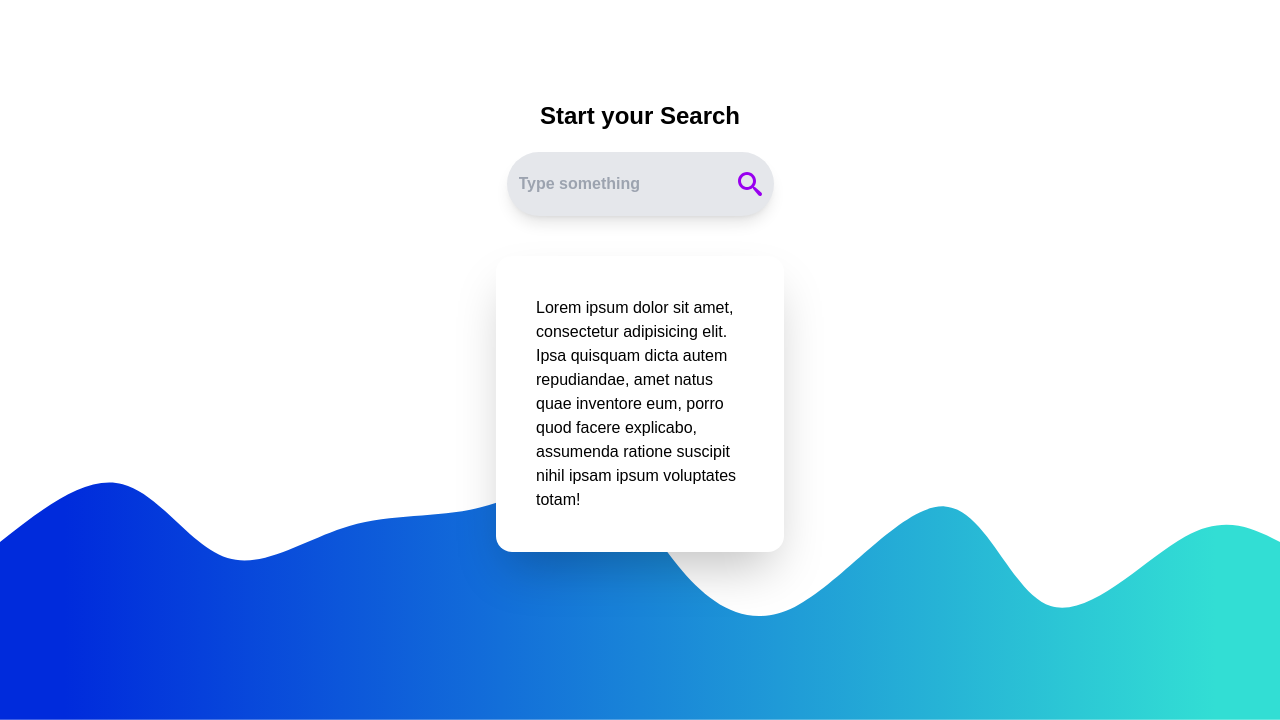
Repository: evergreenx/dictionary-octo
Page: /
The author's editor kept a copy of each file at every save. The page is drawn from the files as they stood at one save, then again after a run of saves.
The browser window is 1280 px wide. The pictures show the whole page.
The project was rebuilt for these pictures with package versions that can differ from the ones it lists, and the page was loaded fresh each time. The framework's server and built-in components were replaced by stand-ins that run in the browser. Also part of the build but not shown: next.config.js.

Above is the page before, as saved 2022-04-30 15:16:42.

After the next 2 saves:
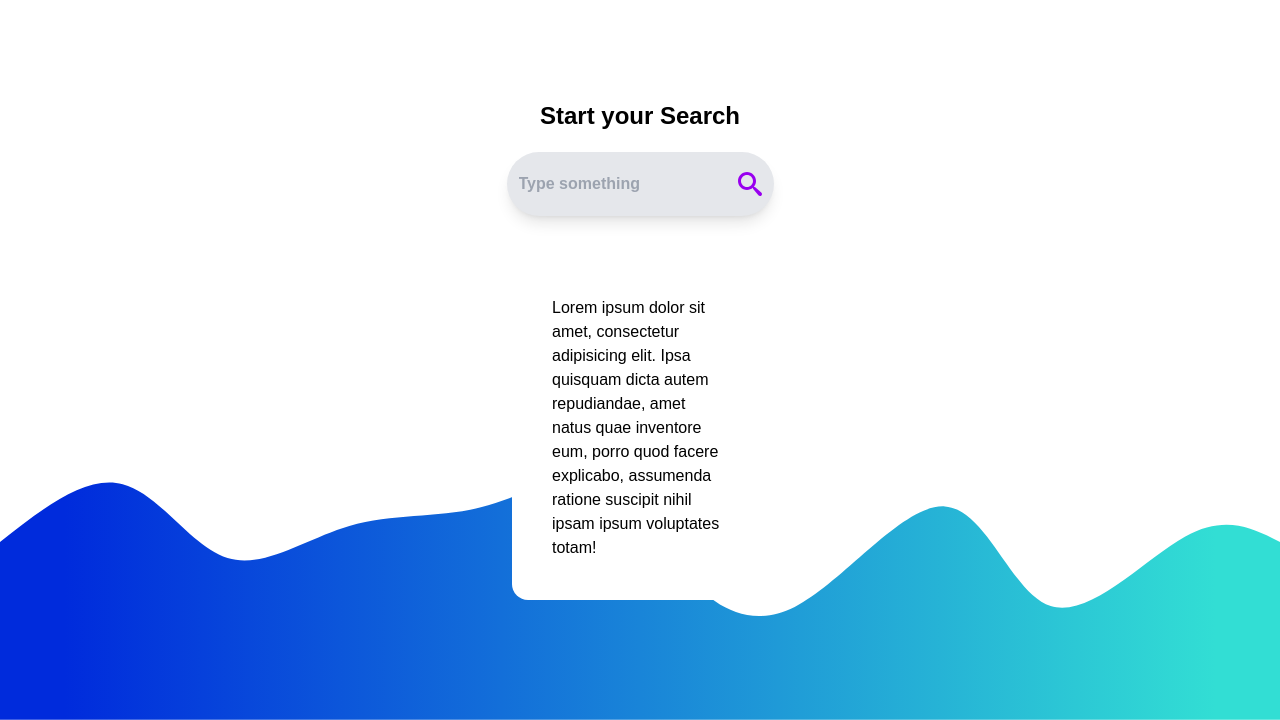
The 2 saves are shown as one change because they came seconds apart.
The last was saved 10 s later.
--- a/components/RandomWord.js
+++ b/components/RandomWord.js
@@ -2,7 +2,7 @@ import React from "react";
 
 const RandomWord = () => {
   return (
-    <div className="bg-white rounded-2xl shadow-2xl p-10 w-72 container mx-auto">
+    <div className="bg-white rounded-2xl shadow-3xl p-10 w-64 container mx-auto">
       Lorem ipsum dolor sit amet, consectetur adipisicing elit. Ipsa quisquam
       dicta autem repudiandae, amet natus quae inventore eum, porro quod facere
       explicabo, assumenda ratione suscipit nihil ipsam ipsum voluptates totam!
